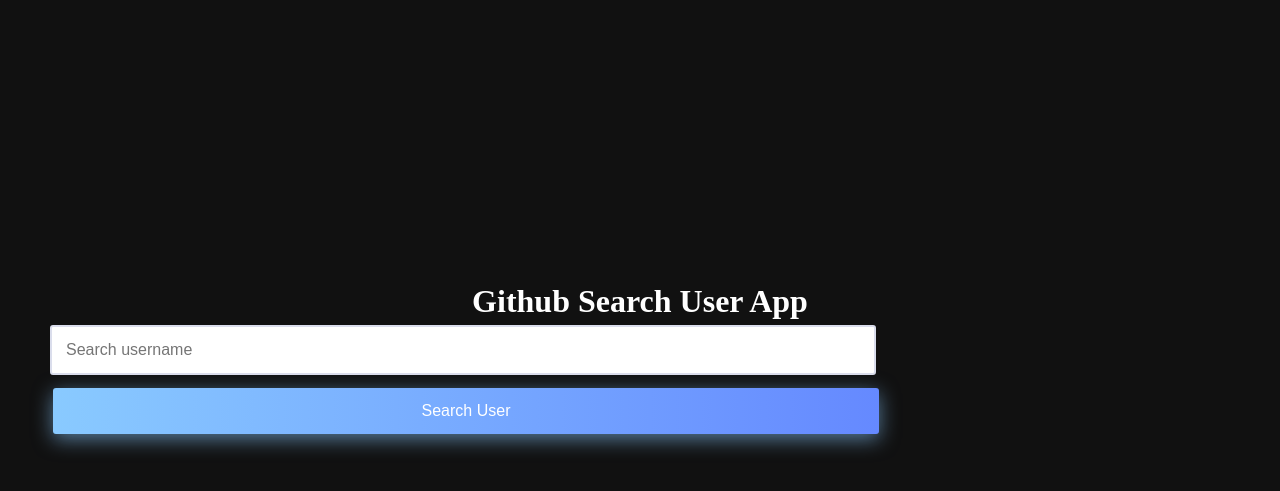
Repository: solox-cyber/Github-search-user
Page: index.html
The author's editor kept a copy of each file at every save. The page is drawn from the files as they stood at one save, then again after the next save.
The browser window is 1280 px wide. The pictures show the whole page.

Above is the page before, as saved 2023-03-25 18:40:13.

### index.html
<!DOCTYPE html>
<html lang="en">

<head>
    <meta charset="UTF-8">
    <meta http-equiv="X-UA-Compatible" content="IE=edge">
    <meta name="viewport" content="width=device-width, initial-scale=1.0">
    <title>Github Search User Using Github API</title>
    <link rel="stylesheet" href="style.css">
</head>

<body>
    <div class="container">
        <h1>
            Github Search User App
        </h1>
        <form id="myForm" autocomplete="off">
            <div class="form-group">
                <input type="text" name="" class="form-control" placeholder="Search username" id="search" required>
            </div>
            <div class="form-group">
                <button class="btn btn-danger btn-block">
                    Search User
                </button>
            </div>
        </form>

    <div id="result"></div>
    </div>


        <script src="script.js"></script>
</body>

</html>

### style.css
*{
    margin: 0;
    padding: 0;
    box-sizing: border-box;
}

body{
    background-color: #111;
    color: #fff;
}
.container{
    margin: 0 auto;
    height: 100vh;
    width: 100%;
    top:10%;
    padding:50px 50px;
    justify-content: center;
    align-content: center;
}

.container h1{
    text-align: center;
}
}

form .form-group{
    align-items:center;
}

input,
    button {
      width: 70%;
      border: none;
      padding: 14px;
      border-radius: 3px;
      margin: 3px;
    }

    input {
        border: 2px solid #DADDEC;
        margin: 5px 0 10px;
        font-size: 1rem;
        color: #656880;
      }

      button {
        background-image: linear-gradient(to right, #89CAFF, #6589FF);
        display: block;
        color: #fff;
        font-size: 1rem;
        cursor: pointer;
        box-shadow: 0 5px 20px #89caff94;
        transition: box-shadow .3s ease-in-out;
      }

      button:hover {
        box-shadow: none;
      }

### script.js
var form = document.getElementById("myForm");

form.addEventListener('submit', function(e){
e.preventDefault();

var search = document.getElementById("search").value;

var originalName = search.split(' ').join(' ');

document.getElementById("result").innerHTML = "";
fetch("https://api.github.com/users/"+originalName)
.then(result=>result.json())
.then(data => {
    console.log(data);
    document.getElementById('result').innerHTML =`
   <a target="_blank" href="https://www.github.com/${originalName}"> <img src="${data.avatar_url}"/></a>
    `
})



})

After the next save:
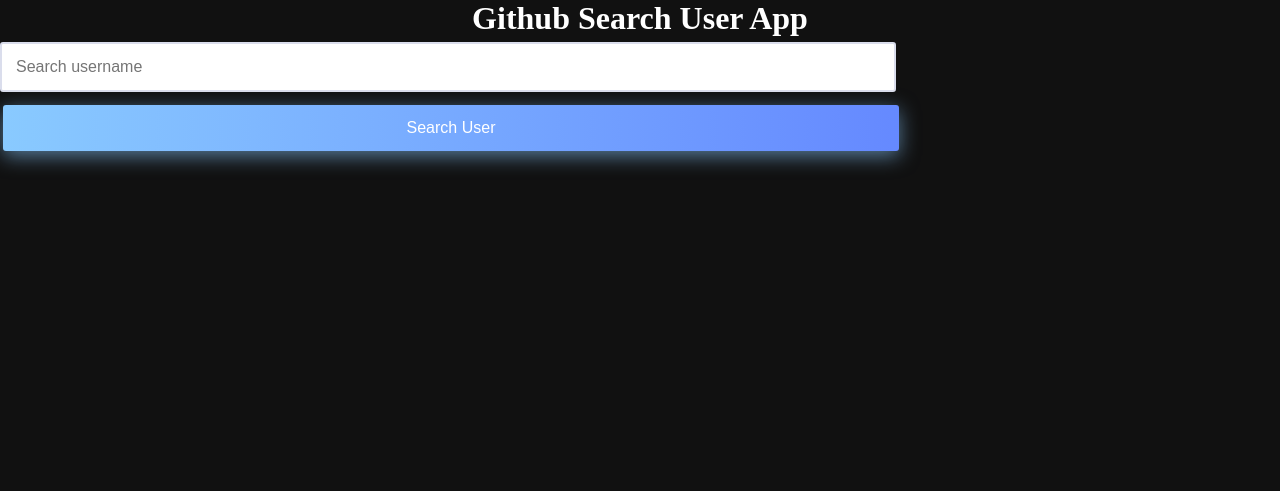
Saved 12 s later.
--- a/style.css
+++ b/style.css
@@ -13,9 +13,7 @@
     height: 100vh;
     width: 100%;
     top:10%;
-    padding:50px 50px;
-    justify-content: center;
-    align-content: center;
+
 }
 
 .container h1{
